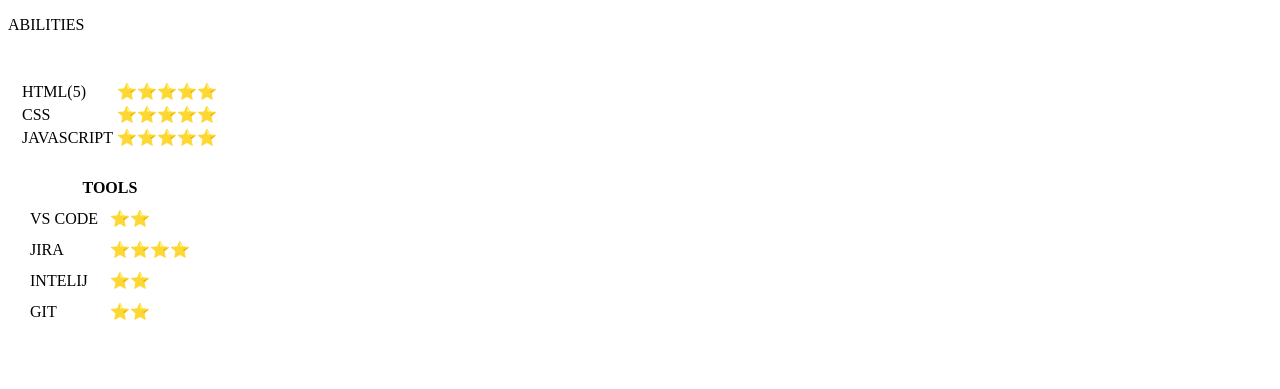
Repository: ew-code/Web-Development
Page: HTML - Personal Site/abilities.html
These files come from the project's save history. The page is drawn as it stood at one moment and after the next save; the edit follows.
The browser window is 1280 px wide. The pictures show the whole page.

Above is the page before, as saved 2021-01-03 20:27:06.

After the next save:
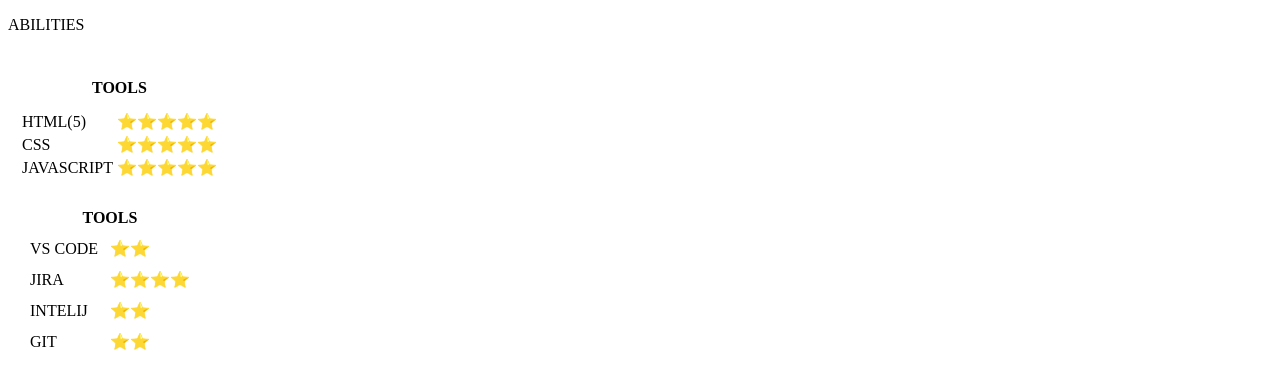
Saved 9 s later.
--- a/HTML - Personal Site/abilities.html
+++ b/HTML - Personal Site/abilities.html
@@ -13,7 +13,11 @@
   <br>
 
   <table cellspacing="10">
-
+<thead>
+  <tr>
+    <th colspan="2">TOOLS</th>
+  </tr>
+</thead>
     <tr>
       <td>
         <table>
